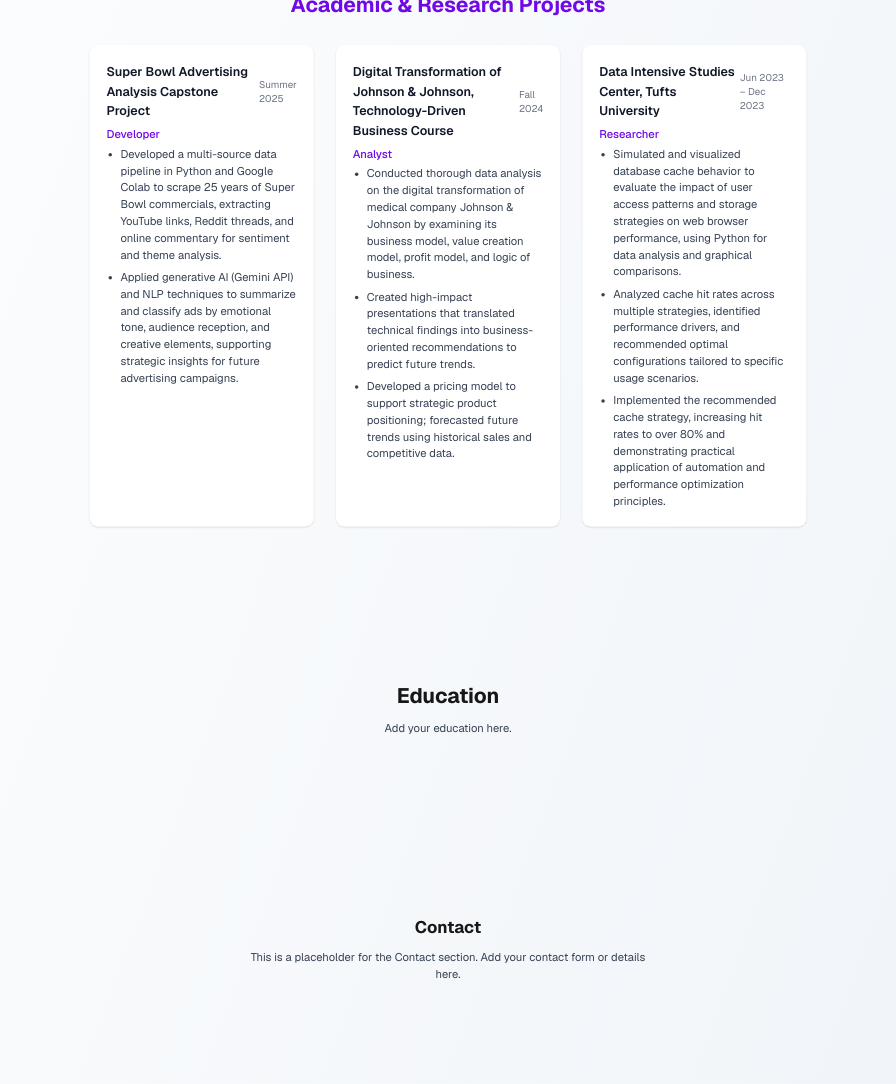
Repository: winniewyl/personal-portfolio
Page: /
An editor plug-in stored every save of this project. The page is shown before and after the next save, followed by the edit.
The browser window is 1280 px wide. The pictures show the part of the page from y = 1949 to 3869 px (the page is 3497 px tall before and 3869 px after), at 70% of full size.
The project was rebuilt for these pictures with package versions that can differ from the ones it lists, and the page was loaded fresh each time. The framework's server and built-in components were replaced by stand-ins that run in the browser. Also part of the build but not shown: next.config.ts.

Above is the page before, as saved 2025-07-22 11:49:15.

After the next save:
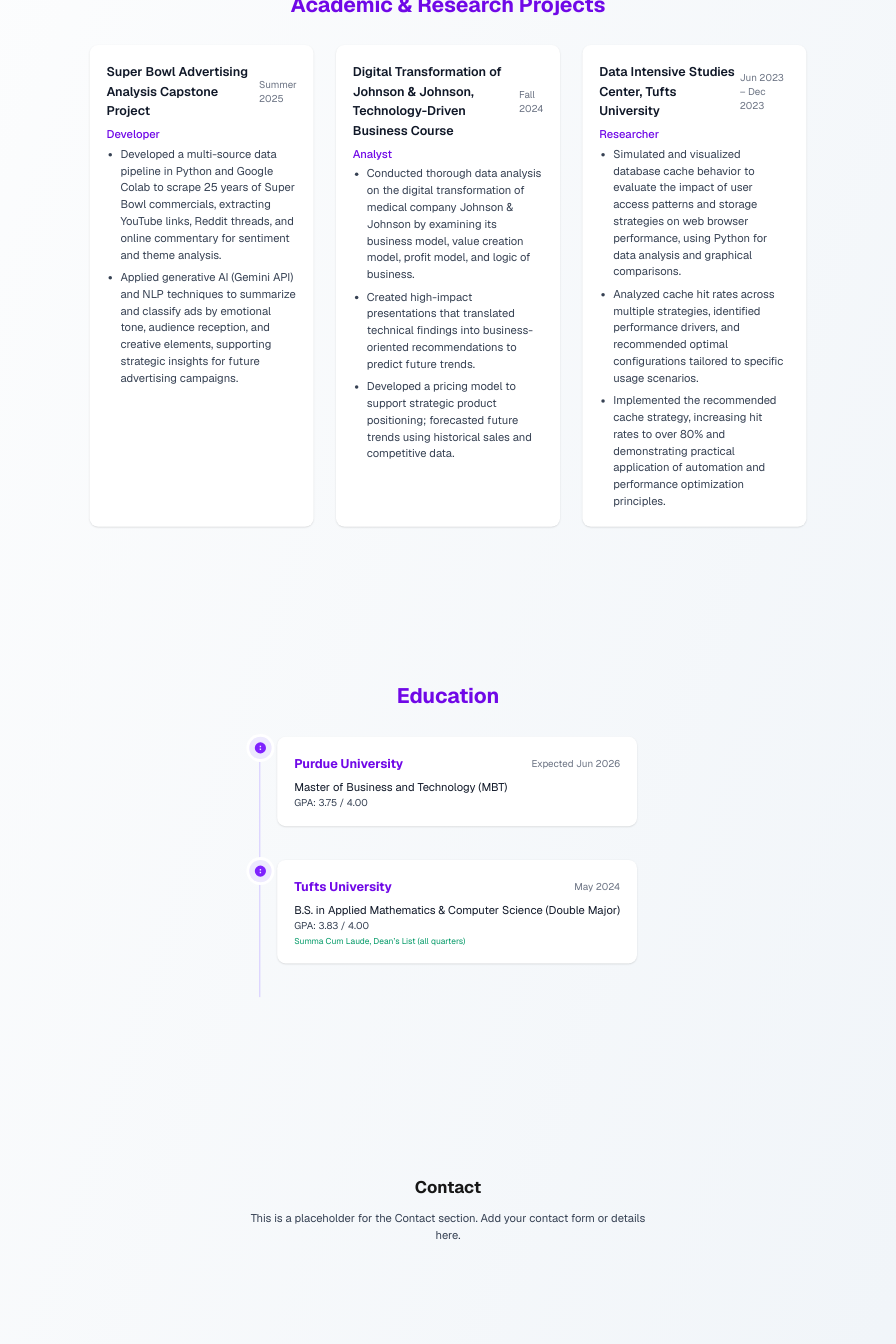
Saved 3 min 6 s later.
--- a/src/app/page.tsx
+++ b/src/app/page.tsx
@@ -191,10 +191,68 @@ export default function Home() {
           id="education"
           className="w-full flex flex-col items-center py-20 sm:py-28 max-w-5xl mx-auto scroll-mt-24"
         >
-          <h2 className="text-3xl font-bold mb-4">Education</h2>
-          <p className="max-w-xl text-center text-gray-700 dark:text-gray-300">
-            Add your education here.
-          </p>
+          <h2 className="text-3xl font-bold mb-10 text-violet-700 dark:text-violet-400">
+            Education
+          </h2>
+          <ol className="relative border-l-2 border-violet-200 dark:border-violet-700">
+            <li className="mb-12 ml-6">
+              <span className="absolute flex items-center justify-center w-8 h-8 bg-violet-100 rounded-full -left-4 ring-4 ring-white dark:ring-[#18181c]">
+                <svg
+                  className="w-5 h-5 text-violet-600"
+                  fill="currentColor"
+                  viewBox="0 0 20 20"
+                >
+                  <path d="M10 2a8 8 0 100 16 8 8 0 000-16zm1 11H9v-2h2v2zm0-4H9V7h2v2z" />
+                </svg>
+              </span>
+              <div className="bg-white dark:bg-[#232336] rounded-xl shadow p-6">
+                <div className="flex flex-col sm:flex-row sm:items-center sm:justify-between mb-2">
+                  <span className="font-bold text-lg text-violet-700">
+                    Purdue University
+                  </span>
+                  <span className="text-sm text-gray-500 dark:text-gray-400">
+                    Expected Jun 2026
+                  </span>
+                </div>
+                <div className="text-gray-900 dark:text-white">
+                  Master of Business and Technology (MBT)
+                </div>
+                <div className="text-sm text-gray-700 dark:text-gray-300">
+                  GPA: 3.75 / 4.00
+                </div>
+              </div>
+            </li>
+            <li className="mb-12 ml-6">
+              <span className="absolute flex items-center justify-center w-8 h-8 bg-violet-100 rounded-full -left-4 ring-4 ring-white dark:ring-[#18181c]">
+                <svg
+                  className="w-5 h-5 text-violet-600"
+                  fill="currentColor"
+                  viewBox="0 0 20 20"
+                >
+                  <path d="M10 2a8 8 0 100 16 8 8 0 000-16zm1 11H9v-2h2v2zm0-4H9V7h2v2z" />
+                </svg>
+              </span>
+              <div className="bg-white dark:bg-[#232336] rounded-xl shadow p-6">
+                <div className="flex flex-col sm:flex-row sm:items-center sm:justify-between mb-2">
+                  <span className="font-bold text-lg text-violet-700">
+                    Tufts University
+                  </span>
+                  <span className="text-sm text-gray-500 dark:text-gray-400">
+                    May 2024
+                  </span>
+                </div>
+                <div className="text-gray-900 dark:text-white">
+                  B.S. in Applied Mathematics & Computer Science (Double Major)
+                </div>
+                <div className="text-sm text-gray-700 dark:text-gray-300">
+                  GPA: 3.83 / 4.00
+                </div>
+                <div className="text-xs text-emerald-600 mt-1">
+                  Summa Cum Laude, Dean’s List (all quarters)
+                </div>
+              </div>
+            </li>
+          </ol>
         </section>
         <section
           id="contact"
